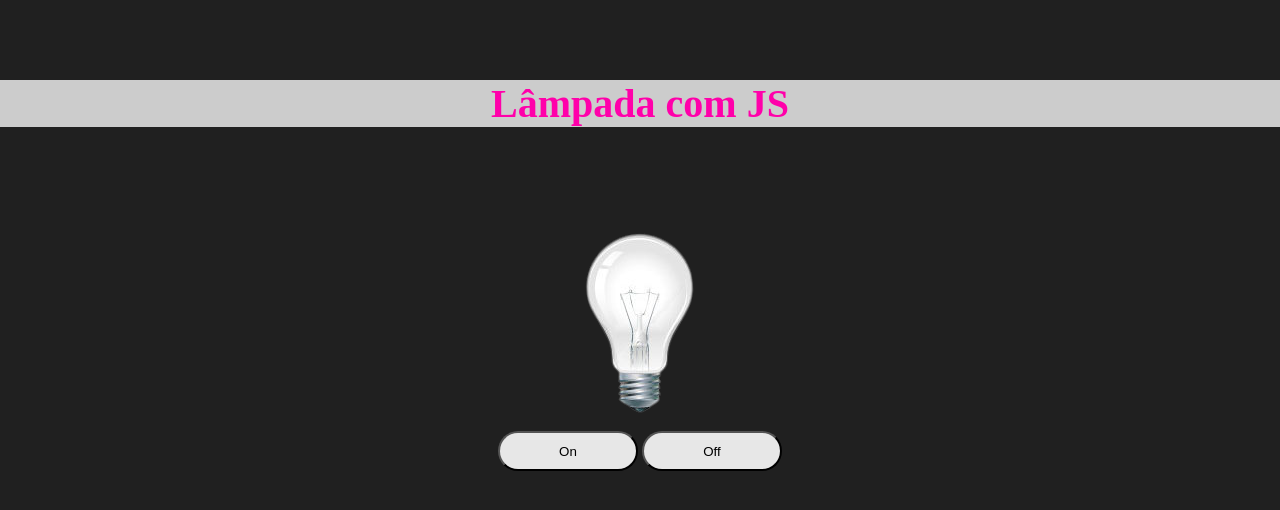
Repository: kahut-gdd/lampadaComJs
Page: index.html
These files come from the project's save history. The page is drawn as it stood at one moment and after a run of saves; the edit follows.
The browser window is 1280 px wide. The pictures show the whole page.

Above is the page before, as saved 2022-06-25 12:55:47.

After the next 5 saves:
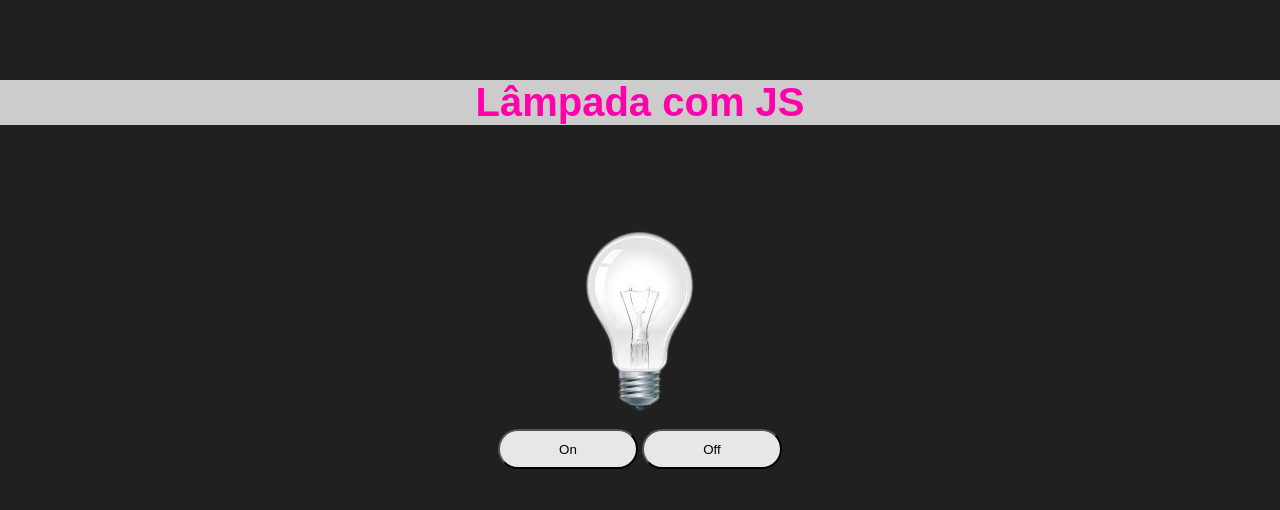
The 5 saves are shown as one change because they came seconds apart.
The last was saved 25 s later.
--- a/index.html
+++ b/index.html
@@ -16,7 +16,7 @@
             color: rgb(255, 0, 170);
             text-align: center;
             font-size: 2.5rem;
-            font-family: a;
+            font-family: sans-serif;
         }
         head, main{
             margin-top: 80px;
